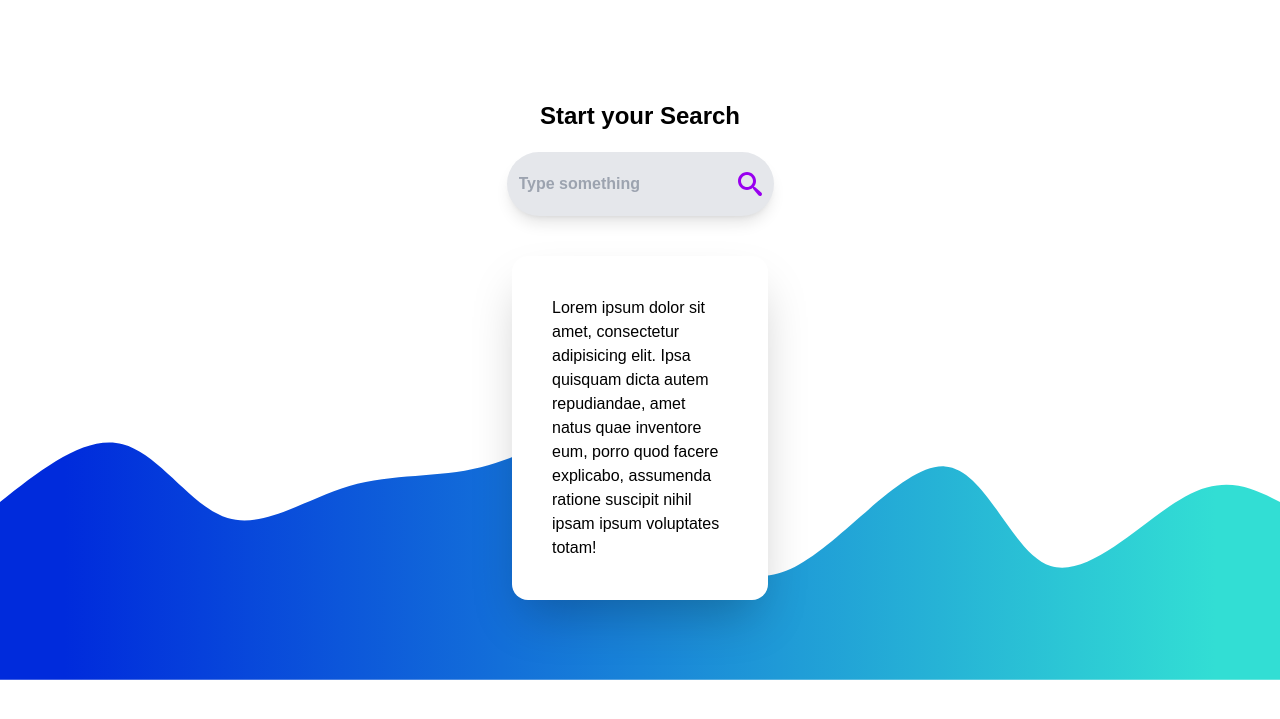
Repository: evergreenx/dictionary-octo
Page: /
The author's editor kept a copy of each file at every save. The page is drawn from the files as they stood at one save, then again after a run of saves.
The browser window is 1280 px wide. The pictures show the whole page.
The page's requests for data from a server got no answer. The project was rebuilt for these pictures with package versions that can differ from the ones it lists, and the page was loaded fresh each time. The framework's server and built-in components were replaced by stand-ins that run in the browser. No one was signed in, and anything a server would have sent is missing. Also part of the build but not shown: next.config.js.

Above is the page before, as saved 2022-04-30 16:01:32.

After the next 4 saves:
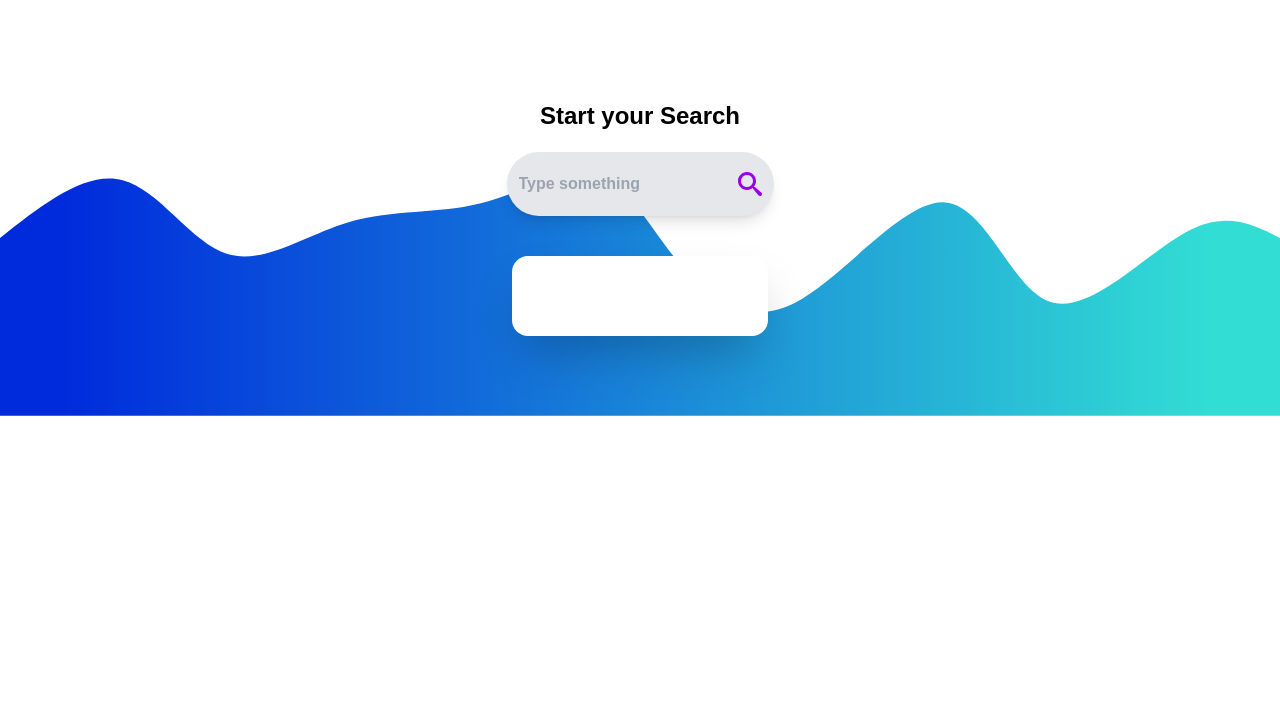
The 4 saves are shown as one change because they came seconds apart.
The last was saved 9 s later.
--- a/components/RandomWord.js
+++ b/components/RandomWord.js
@@ -5,9 +5,7 @@ const RandomWord = ({ data }) => {
     const { word } = data;
   return (
     <div className="bg-white rounded-2xl shadow-2xl p-10 w-64 container mx-auto">
-      Lorem ipsum dolor sit amet, consectetur adipisicing elit. Ipsa quisquam
-      dicta autem repudiandae, amet natus quae inventore eum, porro quod facere
-      explicabo, assumenda ratione suscipit nihil ipsam ipsum voluptates totam!
+ {word}
     </div>
   );
 };
